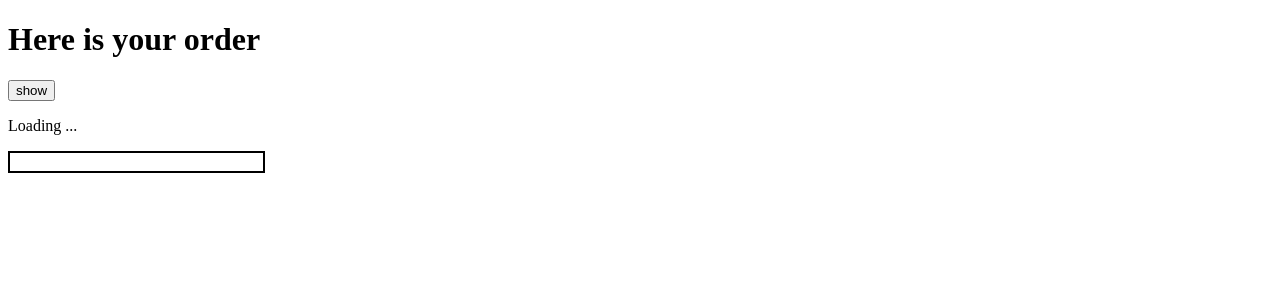
Repository: boschierob/order-app
Page: read.html
These files come from the project's save history. The page is drawn as it stood at one moment and after the next save; the edit follows.
The browser window is 1280 px wide. The pictures show the whole page.
The page's requests for data from a server got no answer.

Above is the page before, as saved 2023-01-01 19:56:49.

After the next save:
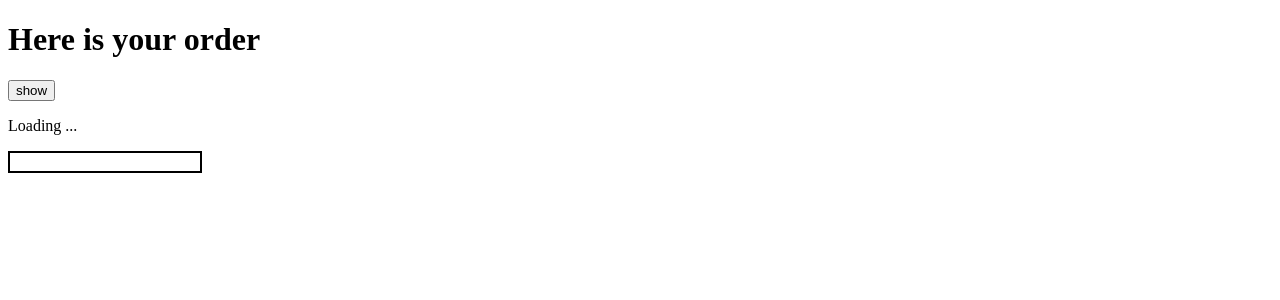
Saved 17 s later.
--- a/read.html
+++ b/read.html
@@ -17,7 +17,7 @@
         <div>
             <button>show</button>
             <p id="data"> Loading ...</p>
-            <div style="border:2px solid black ; width:20%; height:10%">
+            <div style="border:2px solid black ; width:15%; height:5%">
                 <img id="image">
             </div>
 
